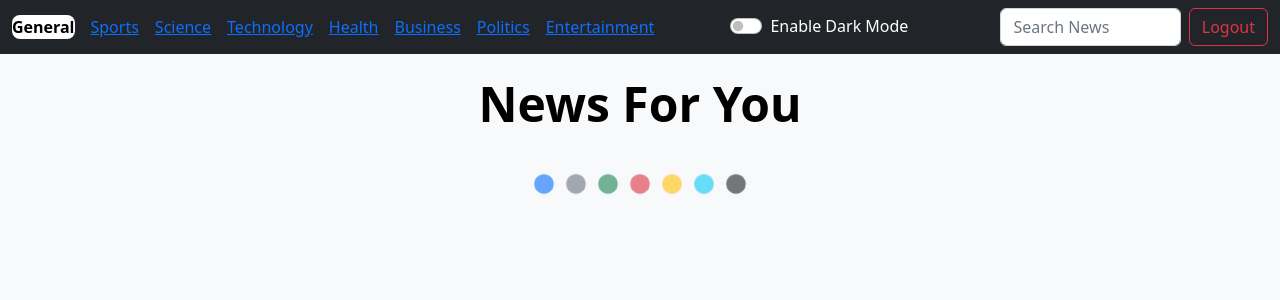
Repository: bhaveshdaipuria/newsapp
Page: /news/general
An editor plug-in stored every save of this project. The page is shown before and after the next save, followed by the edit.
The browser window is 1280 px wide. The pictures show the whole page.
The page's requests for data from a server got no answer. The project was rebuilt for these pictures with package versions that can differ from the ones it lists, and the page was loaded fresh each time. No one was signed in, and anything a server would have sent is missing. Also part of the build but not shown: src/components/NewsItem.jsx, src/components/Alert.jsx, src/components/Login.jsx, src/components/Register.jsx, src/Router/AuthRoute.jsx.

Above is the page before, as saved 2023-01-26 16:43:02.

After the next save:
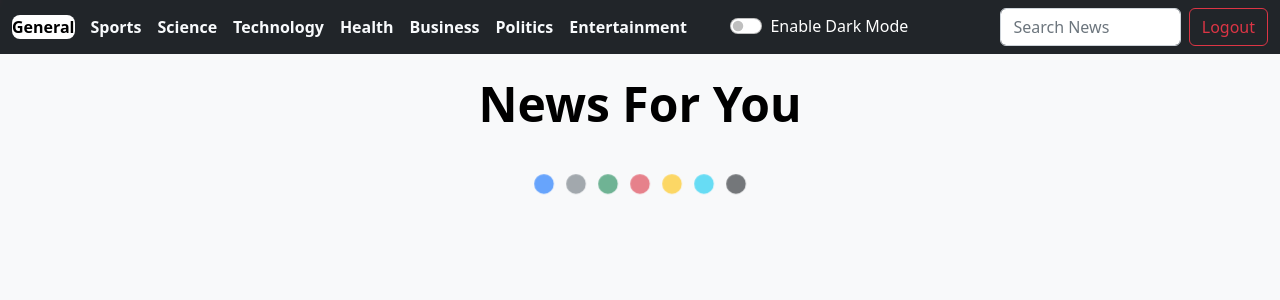
Saved 72 s later.
--- a/src/components/News.jsx
+++ b/src/components/News.jsx
@@ -79,14 +79,14 @@ function App({newsCountry, newsCategory, newsNumber, bodyColorProp, modeProp ,hC
     <div className="container-fluid">
     <div className="navbar-collapse" id="navbarNavAltMarkup">
     <div  className="navbar-nav gap-x-4">
-      <NavLink to ="/news/general" className="text-slate-50 bold">General</NavLink>
-      <NavLink to ="/news/sports">Sports</NavLink>
-      <NavLink to ="/news/science">Science</NavLink>
-      <NavLink to ="/news/technology">Technology</NavLink>
-      <NavLink to ="/news/health">Health</NavLink>
-      <NavLink to ="/news/business">Business</NavLink>
-      <NavLink to ="/news/politics">Politics</NavLink>
-      <NavLink to ="/news/entertainment">Entertainment</NavLink>
+      <NavLink to ="/news/general" className="text-slate-50 no-underline font-bold">General</NavLink>
+      <NavLink to ="/news/sports" className="text-slate-50 no-underline font-bold">Sports</NavLink>
+      <NavLink to ="/news/science" className="text-slate-50 no-underline font-bold">Science</NavLink>
+      <NavLink to ="/news/technology" className="text-slate-50 no-underline font-bold">Technology</NavLink>
+      <NavLink to ="/news/health" className="text-slate-50 no-underline font-bold">Health</NavLink>
+      <NavLink to ="/news/business" className="text-slate-50 no-underline font-bold">Business</NavLink>
+      <NavLink to ="/news/politics" className="text-slate-50 no-underline font-bold">Politics</NavLink>
+      <NavLink to ="/news/entertainment" className="text-slate-50 no-underline font-bold">Entertainment</NavLink>
     </div>
     </div>
     {modeSwitchProp}
